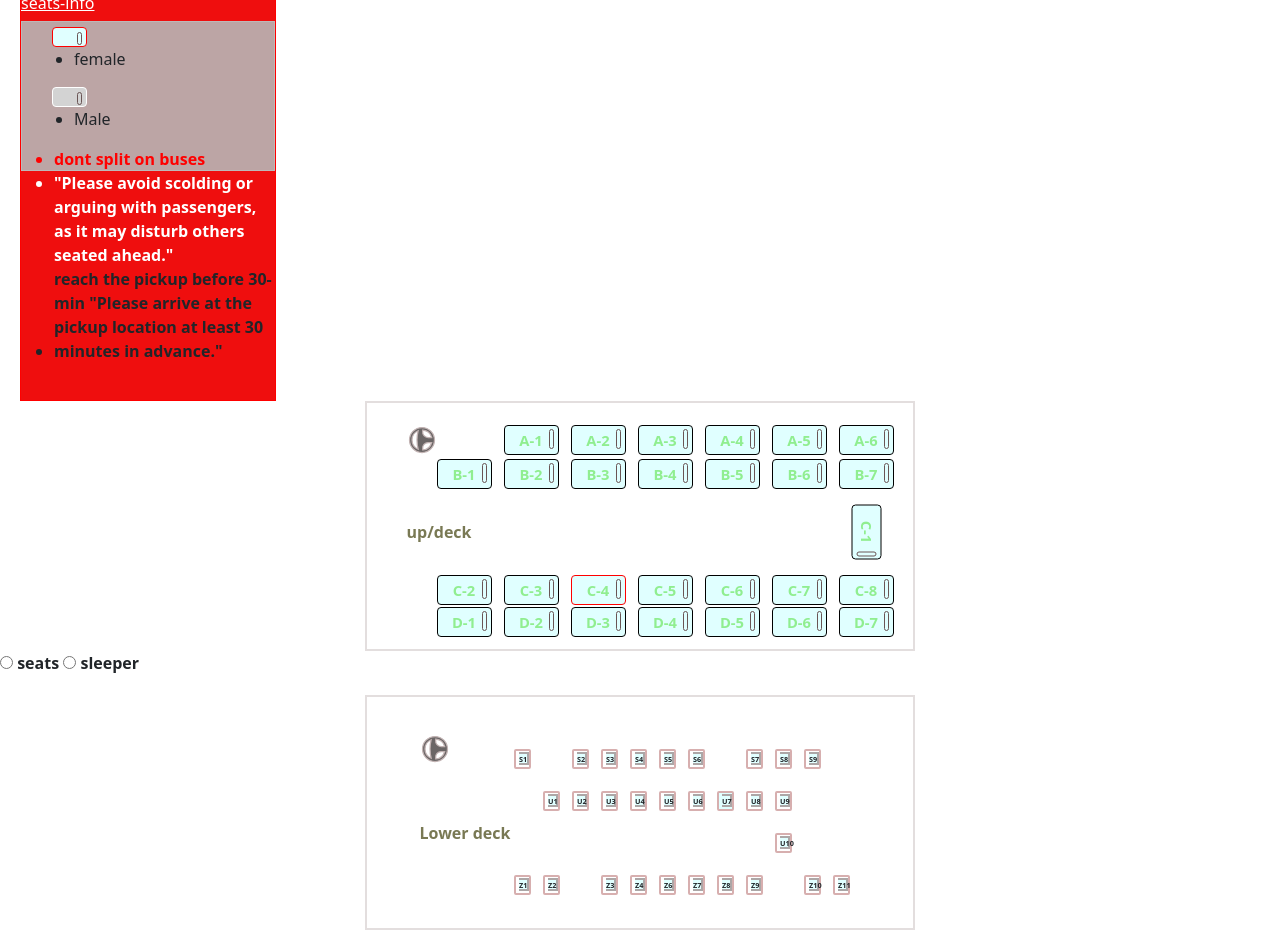
Repository: mohanmania/Redbus_Clone
Page: js-project/seat-selection/seats.html
These files come from the project's save history. The page is drawn as it stood at one moment and after a run of saves; the edit follows.
The browser window is 1280 px wide. The pictures show the part of the page from y = 432 to 1384 px (the page is 1382 px tall before and 1384 px after).
A picture or video elsewhere on the page could not be fetched, so the positions and the page height are approximate.

Above is the page before, as saved 2025-01-23 16:07:27.

After the next 2 saves:
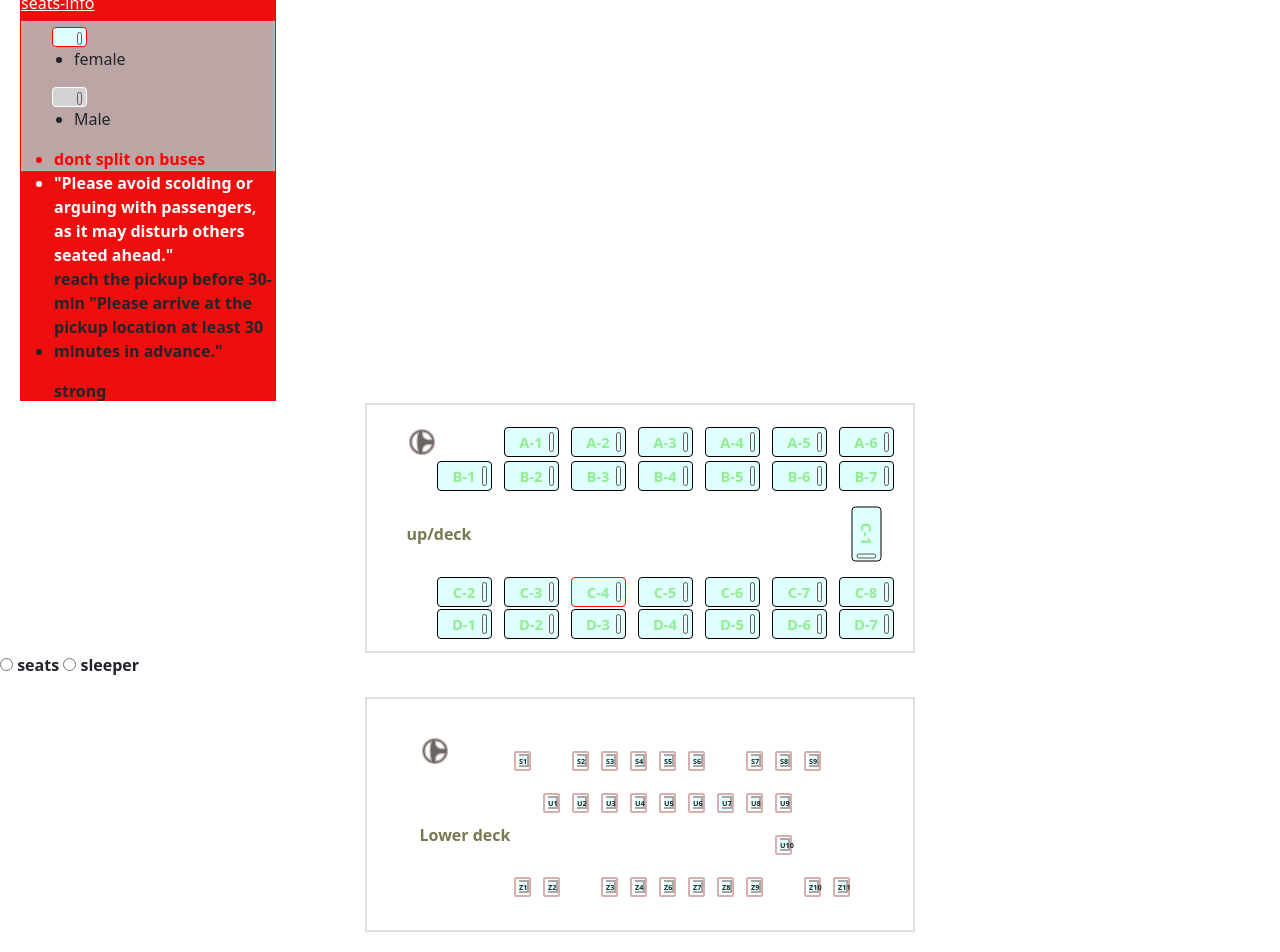
The 2 saves are shown as one change because they came seconds apart.
The last was saved 16 s later.
--- a/js-project/seat-selection/seats.html
+++ b/js-project/seat-selection/seats.html
@@ -330,6 +330,7 @@
         <li>
             <strong>
                  <p>reach the pickup before 30-min "Please arrive at the pickup location at least 30 minutes in advance."
+                    </p>strong
         </li>
     </ul>
 </div>
